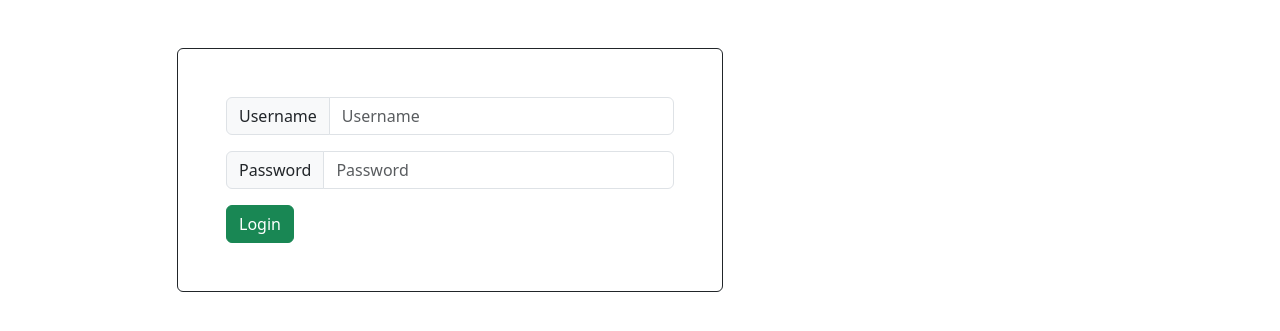
Repository: FrancescoGiordano23/WebappKebab
Page: http://localhost/EsercizioKebab/
The author's editor kept a copy of each file at every save. The page is drawn from the files as they stood at one save, then again after the next save.
The browser window is 1280 px wide. The pictures show the whole page.
The page is served by Tomcat 10. Other server files are loaded and not shown.

Above is the page before, as saved 2024-08-02 12:34:12.

### EsercizioKebab/src/main/webapp/login.jsp
<%@ page language="java" contentType="text/html; charset=UTF-8"
	pageEncoding="UTF-8"%>
<!DOCTYPE html>
<html>
<head>
<meta charset="UTF-8">
<title>Insert title here</title>
<link
	href="https://cdn.jsdelivr.net/npm/bootstrap@5.3.3/dist/css/bootstrap.min.css"
	rel="stylesheet"
	integrity="sha384-QWTKZyjpPEjISv5WaRU9OFeRpok6YctnYmDr5pNlyT2bRjXh0JMhjY6hW+ALEwIH"
	crossorigin="anonymous">
<script
	src="https://cdn.jsdelivr.net/npm/bootstrap@5.3.3/dist/js/bootstrap.bundle.min.js"
	integrity="sha384-YvpcrYf0tY3lHB60NNkmXc5s9fDVZLESaAA55NDzOxhy9GkcIdslK1eN7N6jIeHz"
	crossorigin="anonymous"></script>
</head>
<body>
	<div class="container">
		<div class="row">
			<!-- LEFT -->
			<div class="col-sm-1 col-3 "></div>

			<!-- CENTER -->

			<div class="col-10 col-lg-6 ">
				<div class="border border-dark rounded p-5 my-5">
					<form action="LoginServlet" method="post">
						<div class="input-group mb-3">
							<span class="input-group-text" id="basic-addon-username">Username</span>
							<input type="text" class="form-control" placeholder="Username"
								aria-label="Username" aria-describedby="basic-addon-username"
								name="username">
						</div>

						<div class="input-group mb-3">
							<span class="input-group-text" id="basic-addon-password">Password</span>
							<input type="password" class="form-control"
								placeholder="Password" aria-label="Password"
								aria-describedby="basic-addon-password" name="password">
						</div>

						<button class="btn btn-success" type="submit">Login</button>

					</form>
				</div>
			</div>


			<!-- RIGHT -->
			<div class="col-1 col-lg-3 "></div>
		</div>
	</div>
</body>
</html>

### EsercizioKebab/src/main/java/com/advancia/servlet/InitializeServlet.java
package com.advancia.servlet;

import java.io.IOException;
import jakarta.servlet.ServletException;
import jakarta.servlet.http.HttpServlet;
import jakarta.servlet.http.HttpServletRequest;
import jakarta.servlet.http.HttpServletResponse;

/**
 * Servlet implementation class InitializeServlet
 */
public class InitializeServlet extends HttpServlet {
	private static final long serialVersionUID = 1L;

    public InitializeServlet() {

    }


	protected void doGet(HttpServletRequest request, HttpServletResponse response) throws ServletException, IOException {

		request.getSession().setAttribute("User", null);
		request.getRequestDispatcher("login.jsp").forward(request, response);
	}


	protected void doPost(HttpServletRequest request, HttpServletResponse response) throws ServletException, IOException {
				doGet(request, response);
	}

}

After the next save:
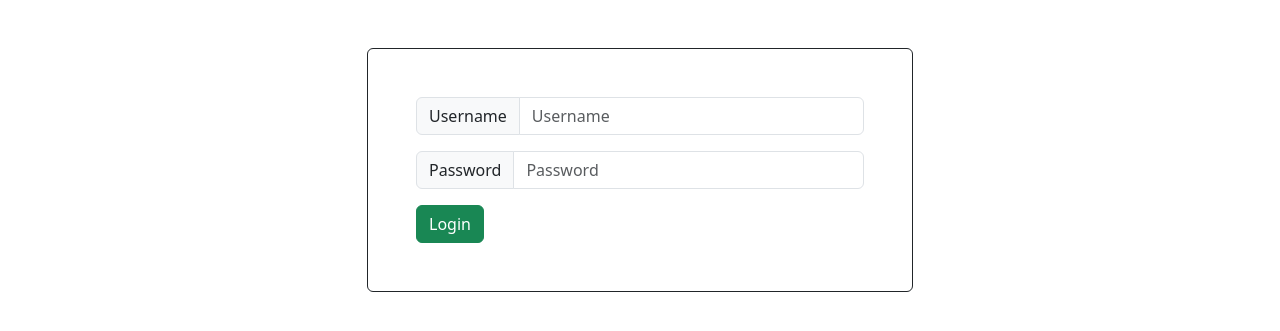
Saved 7 s later.
--- a/EsercizioKebab/src/main/webapp/login.jsp
+++ b/EsercizioKebab/src/main/webapp/login.jsp
@@ -19,7 +19,7 @@
 	<div class="container">
 		<div class="row">
 			<!-- LEFT -->
-			<div class="col-sm-1 col-3 "></div>
+			<div class="col-1 col-lg-3 "></div>
 
 			<!-- CENTER -->
 
